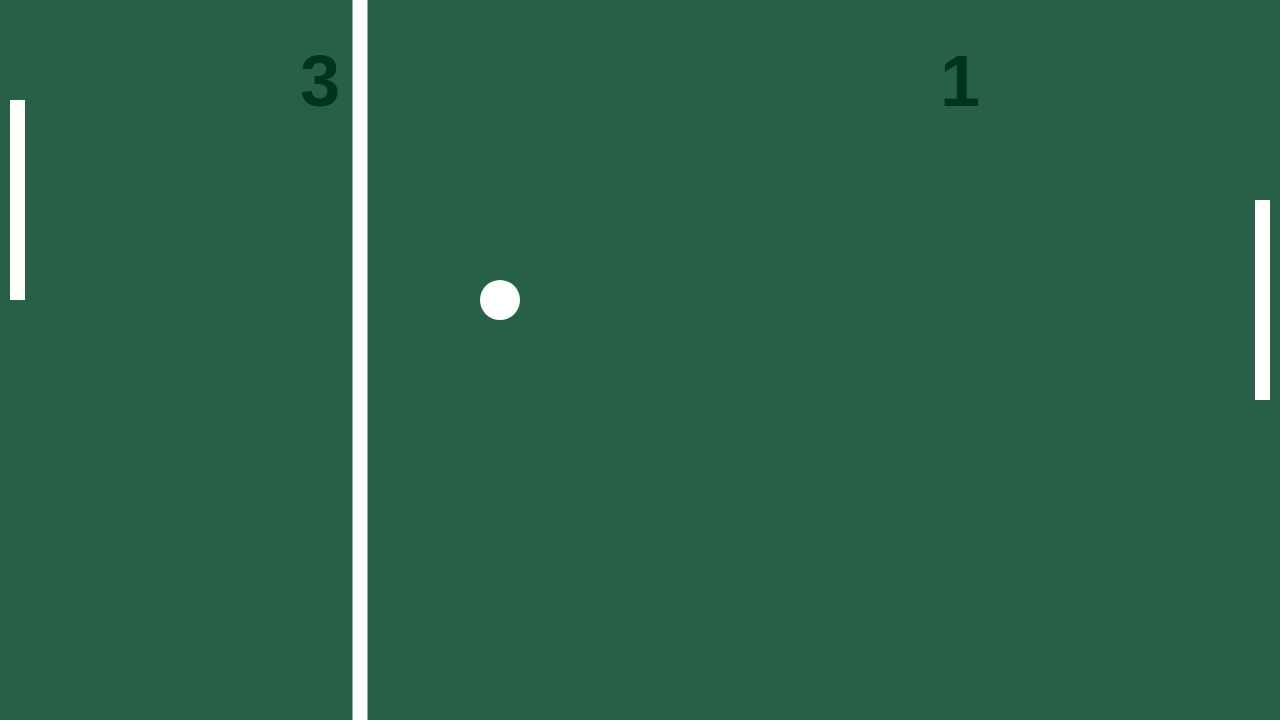
Repository: carlosrobertofigueiredo/Projeto-Ping-Pong
Page: index.html
These files come from the project's save history. The page is drawn as it stood at one moment and after the next save; the edit follows.
The browser window is 1280 px wide. The pictures show the whole page.

Above is the page before, as saved 2023-05-01 12:54:24.

After the next save:
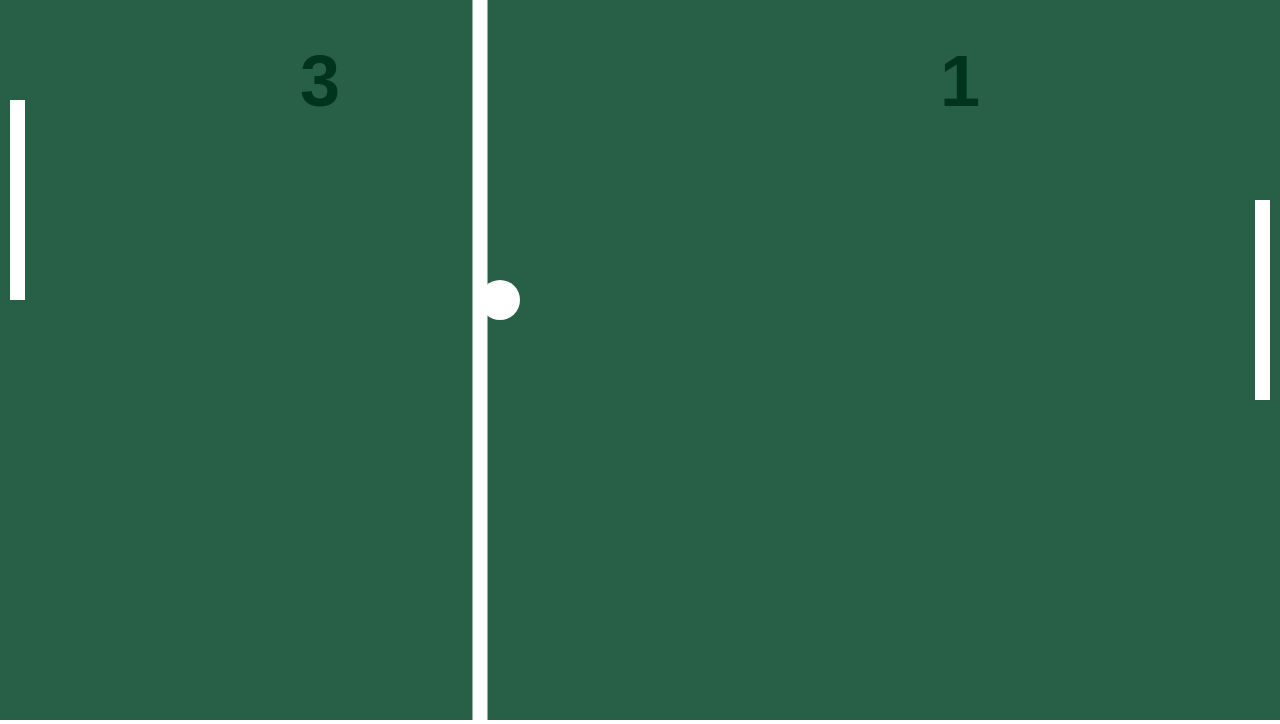
Saved 27 s later.
--- a/index.html
+++ b/index.html
@@ -51,7 +51,7 @@
           window.innerHeight
         ) */
 
-        const x = window.innerHeight / 2 - lineWidth / 2 //largura do campo dividido por dois e a largura divida por dois, caso queira mudar a espessura da linha no futuro fica mais fácil para centralizar a linha
+        const x = window.innerHeight / 1.5 - lineWidth / 2 //largura do campo dividido por dois e a largura divida por dois, caso queira mudar a espessura da linha no futuro fica mais fácil para centralizar a linha
         const y = 0 // onde começa a linha
         const w = lineWidth  //largura é a própria linha
         const h = window.innerHeight
